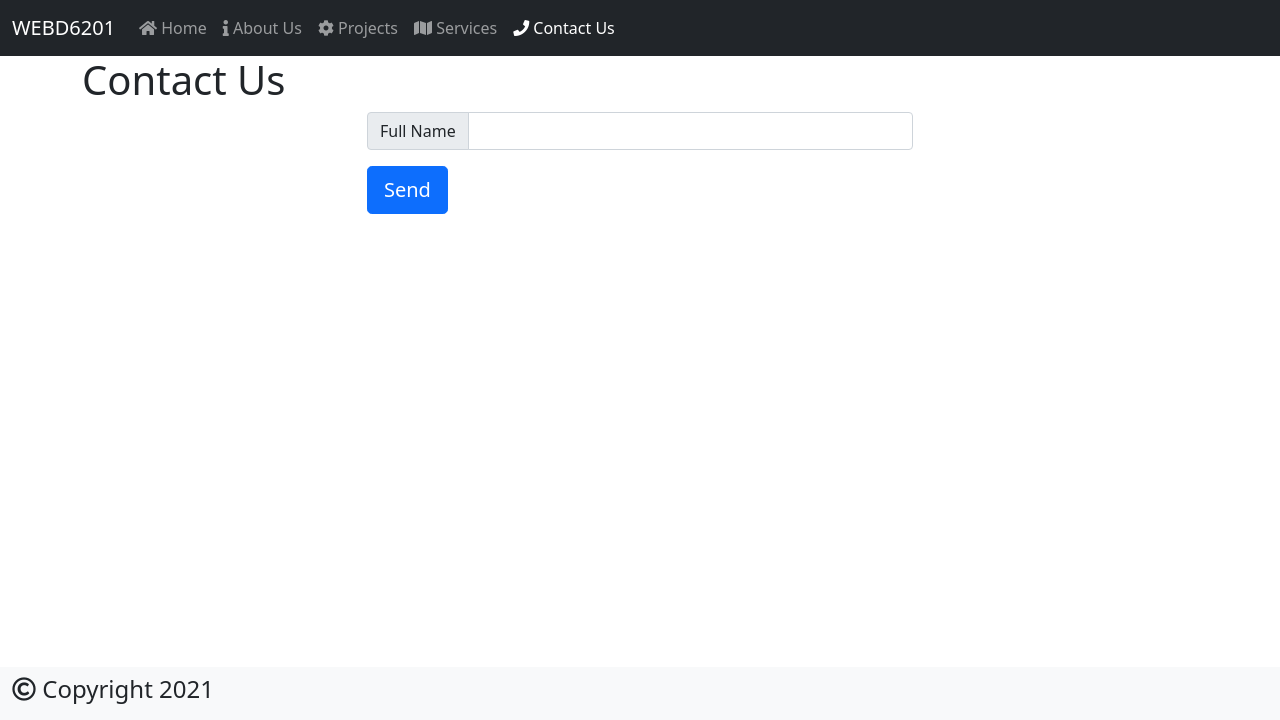
Repository: spencernewellevans/WEBD6201-ICE01
Page: contact.html
The author's editor kept a copy of each file at every save. The page is drawn from the files as they stood at one save, then again after the next save.
The browser window is 1280 px wide. The pictures show the whole page.

Above is the page before, as saved 2021-01-22 19:41:34.

### contact.html
<!DOCTYPE html>
<html lang="en">
<head>
    <meta charset="UTF-8">
    <meta name="viewport" content="width=device-width, initial-scale=1.0">
    <title>Contact</title>
    <!-- CSS Section-->
    <link rel="stylesheet" href="./node_modules/bootstrap/dist/css/bootstrap.min.css">
    <link rel="stylesheet" href="./node_modules/@fortawesome/fontawesome-free/css/all.min.css">
    <link rel="stylesheet" href="./Content/app.css">
</head>
<body>
    <!-- Main Header -->
    <header>
        <!-- Main Navigation -->
        <nav class="navbar navbar-expand-lg navbar-dark bg-dark">
            <div class="container-fluid">
              <a class="navbar-brand" href="#=index.html">WEBD6201</a>
              <button class="navbar-toggler" type="button" data-bs-toggle="collapse" data-bs-target="#navbarSupportedContent" aria-controls="navbarSupportedContent" aria-expanded="false" aria-label="Toggle navigation">
                <span class="navbar-toggler-icon"></span>
              </button>
              <div class="collapse navbar-collapse" id="navbarSupportedContent">
                <ul class="navbar-nav me-auto mb-2 mb-lg-0">
                  <li class="nav-item">
                    <a class="nav-link" aria-current="page" href="index.html"><i class="fas fa-home fa-large"></i> Home</a>
                  </li>

                  <li class="nav-item">
                    <a class="nav-link" aria-current="page" href="about.html"><i class="fas fa-info fa-large"></i> About Us</a>
                  </li>

                  <li class="nav-item">
                    <a class="nav-link" aria-current="page" href="projects.html"><i class="fas fa-cog fa-large"></i> Projects</a>
                  </li>

                  <li class="nav-item">
                    <a class="nav-link" aria-current="page" href="services.html"><i class="fas fa-map fa-large"></i> Services</a>
                  </li>

                  <li class="nav-item">
                    <a class="nav-link active" aria-current="page" href="contact.html"><i class="fas fa-phone fa-large"></i> Contact Us</a>
                  </li>
                </ul>
              </div>
            </div>
          </nav>
    </header>

    <!-- Main Content -->
    <main class="container">
        <h1>Contact Us</h1>

        <div class="row justify-content-md-center">
          <form class="col-lg-6 col-md-8 col-sm-10">

            <div class="input-group mb-3">
              <span class="input-group-text" id="inputGroup-sizing-default">Full Name</span>
              <input id="fullName" type="text" class="form-control" aria-label="Full name" aria-describedby="Full Name input" name="fullName" required>
            </div>

            <button type="submit" class="btn btn-primary btn-lg"><i class="fas-fa-envelope fa-lg"></i> Send</button>
          </form>
        </div>


    </main>

    <!-- Main Footer -->
    <footer>
        <nav class="navbar fixed-bottom navbar-light bg-light">
            <div class="container-fluid">
              <h4><i class="far fa-copyright fa-large"></i> Copyright 2021</h4>
            </div>
          </nav>
    </footer>

    <!-- Script Section -->
    <script src="./node_modules/jquery/dist/jquery.min.js"></script>
    <script src="./node_modules/bootstrap/dist/js/bootstrap.bundle.min.js"></script>
    <script src="./Scripts/app.js"></script>
</body>
</html>

### content/app.css
/* Custom CSS goes here */

### scripts/app.js
/* Custom JavaScript goes here */

// IIFE - Immediately Invoked Function Expression
// Anonymous self-executing expression
// limits scope leak

"use strict";

(function()
{
    function displayHome()
    {
        let paragraphOneText = "This is a simple site to demonstrate DOM manipulation for ICE 1";

        let paragraphOneElement = document.getElementById("paragraphOne");

        paragraphOneElement.textContent = paragraphOneText;
        paragraphOneElement.className = "fs-5"

        // CREATION
        // Step 1. create the element
        let newParagraph = document.createElement("p");
        // Step 2. configure the element
        newParagraph.setAttribute("id","paragraphTwo");
        newParagraph.textContent = "...And this is paragraph two"
        // Step 3. select parent element
        let mainContent = document.getElementsByTagName("main")[0];
        // Step 3. insert the element
        mainContent.appendChild(newParagraph);
        newParagraph.className = "fs-6";

        let paragraphDiv = document.createElement("div");
        let paragraphThree =  `<p id="paragraphThree" class="fs-7 fw-bold">And this is the third paragraph</p>`;
        paragraphDiv.innerHTML = paragraphThree;

        // INSERTION
        // insertion before a node example
        //newParagraph.before(paragraphDiv);

        // insertion after a node example
        newParagraph.after(paragraphDiv);

        // DELETION
        // example of removing a single element
        //paragraphOneElement.remove();

        // removeChild example
        mainContent.removeChild(paragraphOneElement);

        // MODIFICATION
        //mainContent.firstElementChild.textContent = "Welcome Home!"
        mainContent.innerHTML =
        `<h1 id="firstHeading">Welcome to WEBD6201 - Lab 1</h1>
        <p id="paragraphOne" class="fs-3">This is the first paragraph</p>
        `;
    }

    function displayAbout()
    {

    }

    function displayProjects()
    {

    }

    function displayServices()
    {

    }

    function displayContact()
    {

    }

    function Start()
    {
        console.log("App Started...");

        switch (document.title)
        {
          case "Home":
            displayHome();
            break;
          case "About":
            displayAbout();
            break;
          case "Projects":
            displayProjects();
            break;
          case "Services":
            displayServices();
            break;
          case "Contact":
            displayContact();
            break;
        }



    }

    window.addEventListener("load", Start);

})();

Loaded but not shown: node_modules/bootstrap/dist/css/bootstrap.min.css (library); node_modules/@fortawesome/fontawesome-free/css/all.min.css (library); node_modules/jquery/dist/jquery.min.js (library); node_modules/bootstrap/dist/js/bootstrap.bundle.min.js (library)

After the next save:
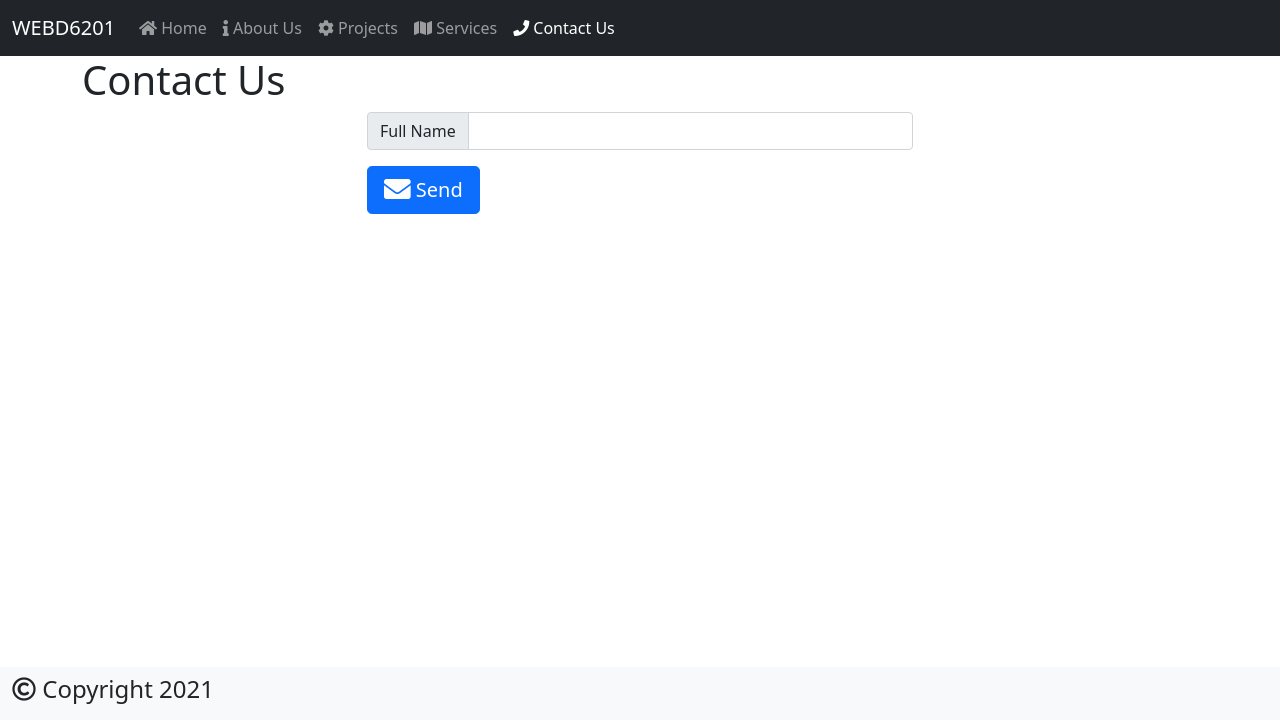
Saved 27 s later.
--- a/contact.html
+++ b/contact.html
@@ -58,7 +58,7 @@
               <input id="fullName" type="text" class="form-control" aria-label="Full name" aria-describedby="Full Name input" name="fullName" required>
             </div>
 
-            <button type="submit" class="btn btn-primary btn-lg"><i class="fas-fa-envelope fa-lg"></i> Send</button>
+            <button type="submit" class="btn btn-primary btn-lg"><i class="fas fa-envelope fa-lg"></i> Send</button>
           </form>
         </div>
 
